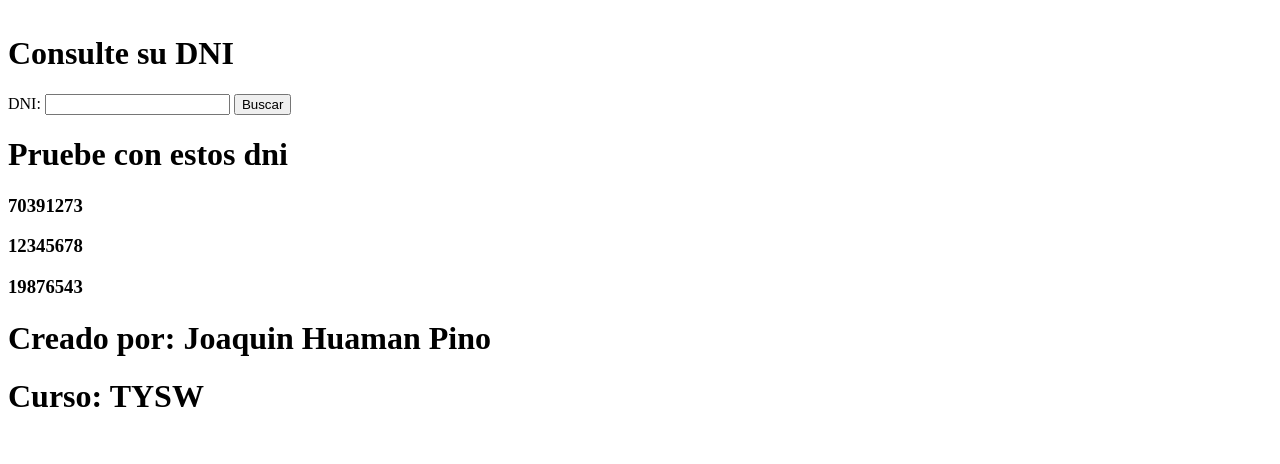
Repository: quino22/ulasalle
Page: ev3-70391273/war/index.html
These files come from the project's save history. The page is drawn as it stood at one moment and after the next save; the edit follows.
The browser window is 1280 px wide. The pictures show the whole page.

Above is the page before, as saved 2016-11-04 21:16:56.

### ev3-70391273/war/index.html
<!DOCTYPE HTML PUBLIC "-//W3C//DTD HTML 4.01 Transitional//EN">
<!-- The HTML 4.01 Transitional DOCTYPE declaration-->
<!-- above set at the top of the file will set     -->
<!-- the browser's rendering engine into           -->
<!-- "Quirks Mode". Replacing this declaration     -->
<!-- with a "Standards Mode" doctype is supported, -->
<!-- but may lead to some differences in layout.   -->

<html>
  <head>
    <meta http-equiv="content-type" content="text/html; charset=UTF-8">
    <title>Evidencia 3</title>
  </head>

  <body>
  	<table>
  		  <tr>
  		  	<td><a href="registrar.html"></a></td>
  		  </tr>
  	</table>
    <h1>Consulte su DNI</h1>

	<form action="/ev3_70391273" method="get">
		DNI: <input type="text" name="dni">
		<input type="submit" value="Buscar">
	</form>
	<h1>Pruebe con estos dni</h1>
	<h3>70391273</h3>
	<h3>12345678</h3>
	<h3>19876543</h3>
	<h1>Creado por: Joaquin Huaman Pino</h1>
	<h1>Curso: TYSW </h1>
  </body>
</html>

After the next save:
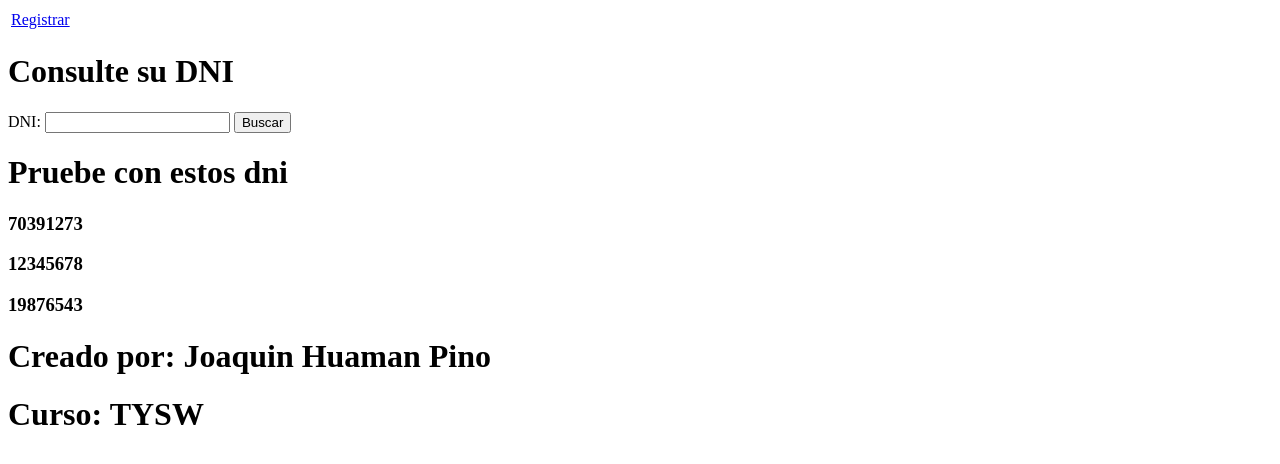
Saved 57 s later.
--- a/ev3-70391273/war/index.html
+++ b/ev3-70391273/war/index.html
@@ -15,7 +15,7 @@
   <body>
   	<table>
   		  <tr>
-  		  	<td><a href="registrar.html"></a></td>
+  		  	<td><a href="registrar.html">Registrar</a></td>
   		  </tr>
   	</table>
     <h1>Consulte su DNI</h1>
